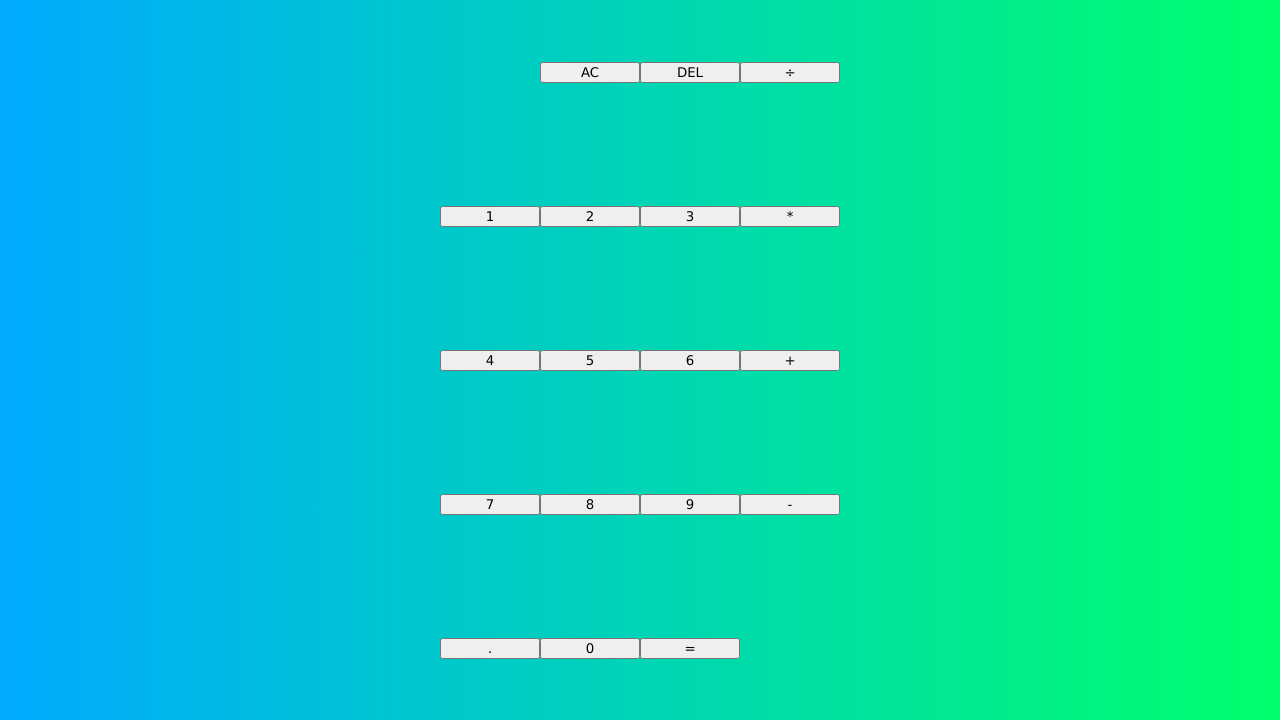
Repository: devkthines/js-calculator
Page: index.html
These files come from the project's save history. The page is drawn as it stood at one moment and after a run of saves; the edit follows.
The browser window is 1280 px wide. The pictures show the whole page.

Above is the page before, as saved 2023-12-18 21:48:37.

After the next 5 saves:
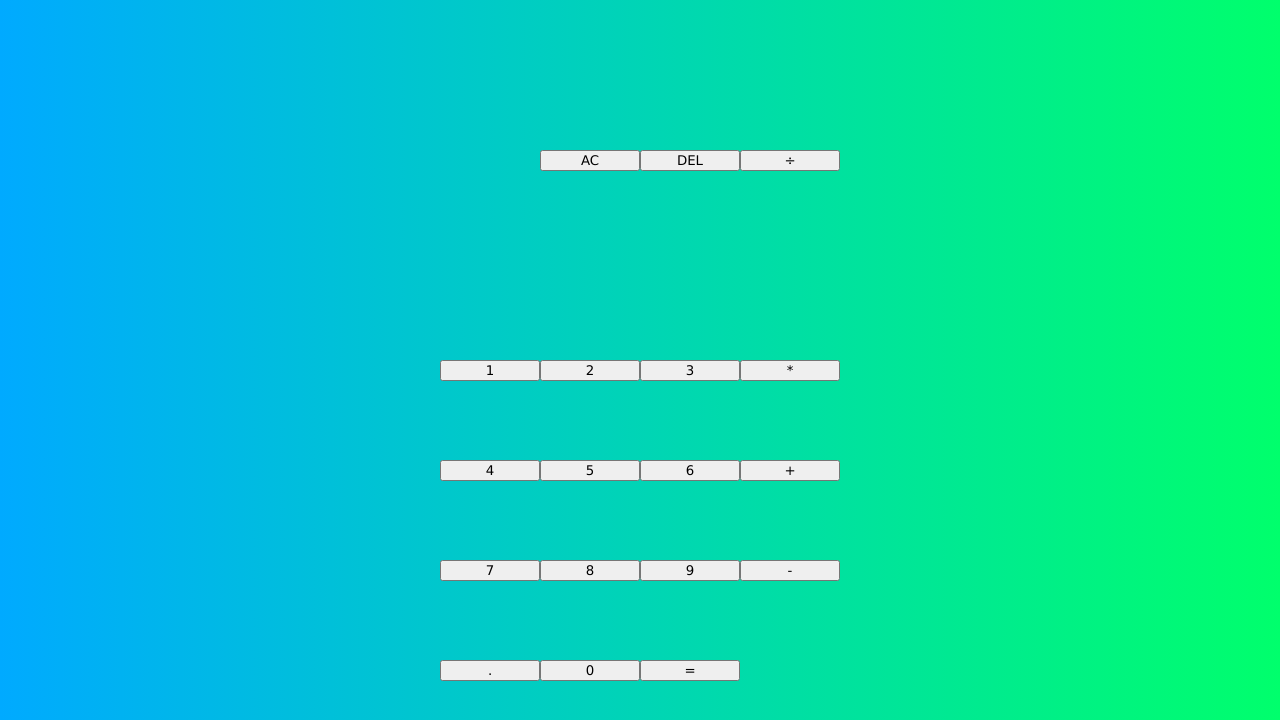
The 5 saves are shown as one change because they came seconds apart.
The last was saved 15 s later.
--- a/styles.css
+++ b/styles.css
@@ -19,6 +19,6 @@ body{
     /* Stating for the calculator to take up space on screen vertically at all times */
     min-height: 100vh;
     grid-template-columns: repeat(4,100px);
-    grid-template-rows: minmax(repeat(4,100px));
+    grid-template-rows: minmax(120px, auto)repeat(4,100px);
 
 }
